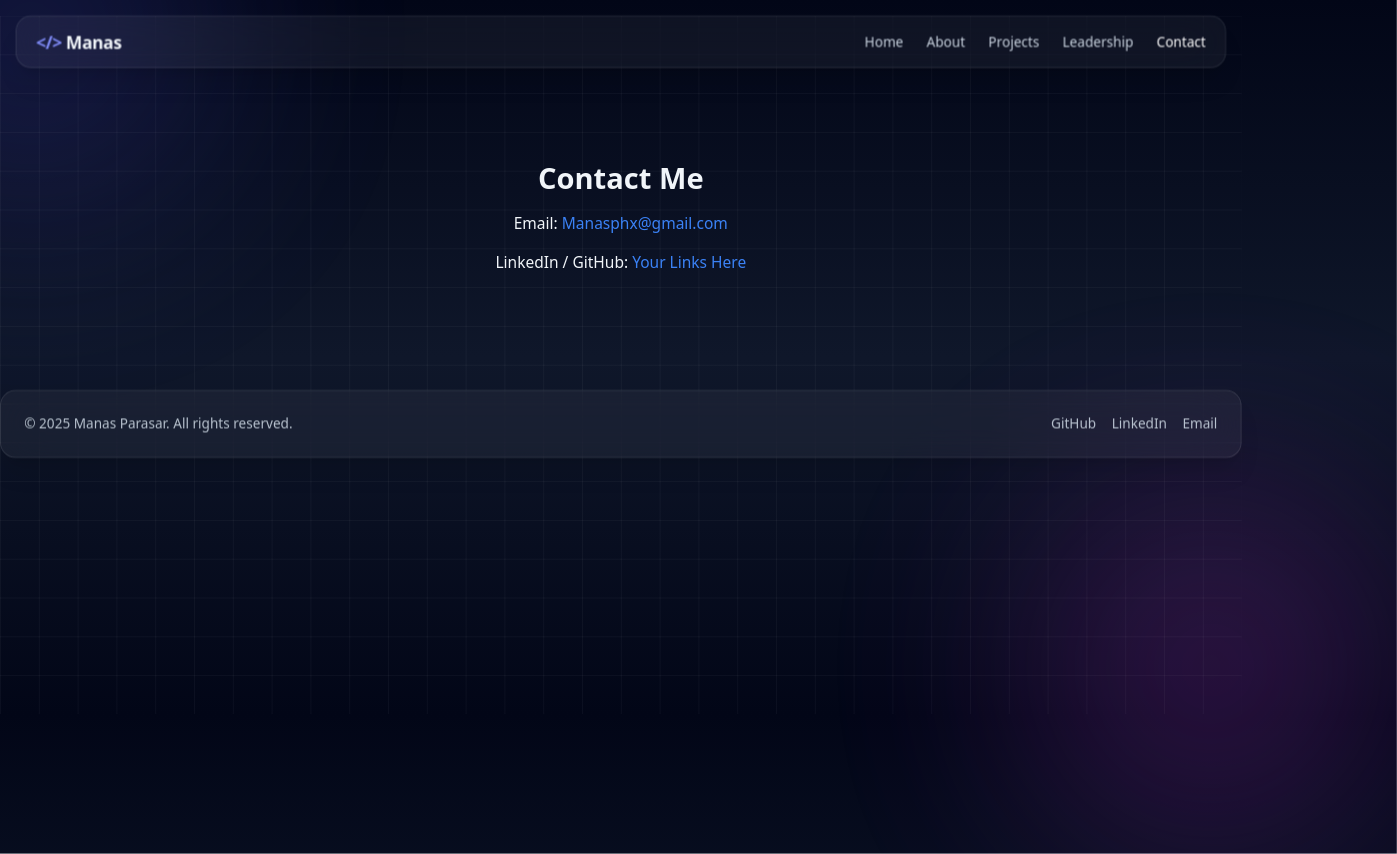
Repository: Manas-Parasar/portfolio-manas-parasar
Page: /contact
These files come from the project's save history. The page is drawn as it stood at one moment and after the next save; the edit follows.
The browser window is 1280 px wide. The page is 1440 px wide, so the pictures cover 1440 px, including what lies to the right of the window. The pictures show the whole page, at 97% of full size.
The project was rebuilt for these pictures with package versions that can differ from the ones it lists, and the page was loaded fresh each time. Also part of the build but not shown: vite.config.js, src/components/Hero.jsx, src/components/Section.jsx, src/components/ProjectCard.jsx, src/pages/Home.jsx, src/pages/About.jsx, src/pages/Projects.jsx, src/components/TimelineItem.jsx and 1 more.

Above is the page before, as saved 2025-08-19 16:53:04.

### index.html
<!DOCTYPE html>
<html lang="en">
  <head>
    <meta charset="UTF-8" />
    <meta name="viewport" content="width=device-width, initial-scale=1.0" />
    <title>Manas Parasar — Portfolio</title>
    <meta
      name="description"
      content="Portfolio of Manas Parasar: projects, leadership, research, and impact."
    />
    <link rel="icon" href="/favicon.svg" />
  </head>
  <body
    class="min-h-screen bg-gradient-to-b from-slate-950 via-slate-900 to-slate-950 text-slate-100"
  >
    <div id="root"></div>
    <script type="module" src="/src/main.jsx"></script>
  </body>
</html>

### src/App.jsx
import { Routes, Route } from "react-router-dom";
import Navbar from "./components/Navbar";
import Footer from "./components/Footer";
import Home from "./pages/Home";
import About from "./pages/About";
import Projects from "./pages/Projects";
import Leadership from "./pages/Leadership";
import Contact from "./pages/Contact";

export default function App() {
  return (
    <div className="min-h-screen bg-grid-sheer bg-grid-sheer bg-[length:40px_40px]">
      <div className="absolute inset-0 -z-10 opacity-70" aria-hidden>
        <div className="absolute -top-40 -left-40 h-96 w-96 rounded-full bg-brand-500 blur-[120px] opacity-30 animate-float" />
        <div className="absolute -bottom-40 -right-40 h-96 w-96 rounded-full bg-fuchsia-500 blur-[120px] opacity-30 animate-float" />
      </div>
      <Navbar />
      <main className="container py-10">
        <Routes>
          <Route path="/" element={<Home />} />
          <Route path="/about" element={<About />} />
          <Route path="/projects" element={<Projects />} />
          <Route path="/leadership" element={<Leadership />} />
          <Route path="/contact" element={<Contact />} />
        </Routes>
      </main>
      <Footer />
    </div>
  );
}

### src/index.css
@tailwind base;
@tailwind components;
@tailwind utilities;

/* Subtle selection & scrollbar tweaks */
::selection {
  background: #6366f1;
  color: white;
}
::-webkit-scrollbar {
  width: 10px;
}
::-webkit-scrollbar-thumb {
  background: rgba(148, 163, 184, 0.4);
  border-radius: 999px;
}

/* Reusable utilities */
@layer utilities {
  .glass {
    @apply bg-white/5 backdrop-blur-xl border border-white/10 shadow-xl;
  }
  .btn {
    @apply inline-flex items-center gap-2 rounded-2xl px-5 py-2 font-medium transition;
  }
  .btn-primary {
    @apply btn bg-brand-600 hover:bg-brand-500 text-white;
  }
  .btn-ghost {
    @apply btn glass hover:bg-white/10;
  }
  .headline {
    @apply text-4xl md:text-5xl font-extrabold tracking-tight;
  }
  .subtle {
    @apply text-slate-300/90;
  }
}

### src/components/Navbar.jsx
import { Link, NavLink } from "react-router-dom";
import { Menu, X } from "lucide-react";
import { useState } from "react";

export default function Navbar() {
  const [open, setOpen] = useState(false);
  const nav = [
    { to: "/", label: "Home" },
    { to: "/about", label: "About" },
    { to: "/projects", label: "Projects" },
    { to: "/leadership", label: "Leadership" },
    { to: "/contact", label: "Contact" },
  ];

  const NavItems = ({ onClick }) => (
    <ul className="flex flex-col md:flex-row gap-4 md:gap-6 text-sm">
      {nav.map((n) => (
        <li key={n.to}>
          <NavLink
            to={n.to}
            onClick={onClick}
            className={({ isActive }) =>
              `transition hover:text-white ${
                isActive ? "text-white" : "text-slate-300"
              }`
            }
          >
            {n.label}
          </NavLink>
        </li>
      ))}
    </ul>
  );

  return (
    <header className="sticky top-0 z-50">
      <div className="container mt-4">
        <div className="glass rounded-2xl px-5 py-3 flex items-center justify-between">
          <Link to="/" className="font-black tracking-tight text-lg">
            <span className="text-brand-400">&lt;/&gt;</span> Manas
          </Link>
          <nav className="hidden md:block">
            <NavItems />
          </nav>
          <button
            className="md:hidden btn-ghost"
            onClick={() => setOpen(!open)}
            aria-label="Toggle Menu"
          >
            {open ? <X size={20} /> : <Menu size={20} />}
          </button>
        </div>
        {open && (
          <div className="md:hidden mt-2 glass rounded-2xl px-5 py-4">
            <NavItems onClick={() => setOpen(false)} />
          </div>
        )}
      </div>
    </header>
  );
}

### src/components/Footer.jsx
export default function Footer() {
  return (
    <footer className="mt-16 pb-10">
      <div className="container glass rounded-2xl p-6 flex flex-col md:flex-row items-center justify-between gap-4">
        <p className="text-sm subtle">
          © {new Date().getFullYear()} Manas Parasar. All rights reserved.
        </p>
        <div className="text-sm subtle flex gap-4">
          <a
            href="https://github.com/"
            target="_blank"
            className="hover:text-white"
          >
            GitHub
          </a>
          <a
            href="https://linkedin.com/"
            target="_blank"
            className="hover:text-white"
          >
            LinkedIn
          </a>
          <a href="mailto:manas@example.com" className="hover:text-white">
            Email
          </a>
        </div>
      </div>
    </footer>
  );
}

### src/pages/Contact.jsx
export default function Contact() {
  return (
    <div className="max-w-3xl mx-auto mt-10 p-4 text-center">
      <h2 className="text-3xl font-bold mb-4">Contact Me</h2>
      <p className="mb-4">
        Email:{" "}
        <a
          href="mailto:Manasphx@gmail.com"
          className="text-blue-500 hover:underline"
        >
          Manasphx@gmail.com
        </a>
      </p>
      <p>
        LinkedIn / GitHub:{" "}
        <a href="#" className="text-blue-500 hover:underline">
          Your Links Here
        </a>
      </p>
    </div>
  );
}

### tailwind.config.js
/** @type {import('tailwindcss').Config} */
export default {
  content: ["./index.html", "./src/**/*.{js,jsx,ts,tsx}"],
  theme: {
    extend: {
      container: { center: true, padding: "1rem" },
      fontFamily: {
        display: ["Inter", "ui-sans-serif", "system-ui"],
      },
      colors: {
        brand: {
          50: "#eef2ff",
          100: "#e0e7ff",
          200: "#c7d2fe",
          300: "#a5b4fc",
          400: "#818cf8",
          500: "#6366f1",
          600: "#4f46e5",
          700: "#4338ca",
          800: "#3730a3",
          900: "#312e81",
        },
      },
      boxShadow: {
        glow: "0 0 0 0 rgba(99,102,241,0.5), 0 0 80px 10px rgba(99,102,241,0.25)",
      },
      backgroundImage: {
        "grid-sheer":
          "linear-gradient(rgba(255,255,255,0.04) 1px, transparent 1px), linear-gradient(90deg, rgba(255,255,255,0.04) 1px, transparent 1px)",
      },
      backgroundSize: {
        "grid-sheer": "40px 40px",
      },
      animation: {
        float: "float 6s ease-in-out infinite",
        shimmer: "shimmer 4s linear infinite",
      },
      keyframes: {
        float: {
          "0%, 100%": { transform: "translateY(0px)" },
          "50%": { transform: "translateY(-10px)" },
        },
        shimmer: {
          "0%": { backgroundPosition: "-200% 0" },
          "100%": { backgroundPosition: "200% 0" },
        },
      },
    },
  },
  plugins: [],
};

Loaded but not shown: src/main.jsx (common file)

After the next save:
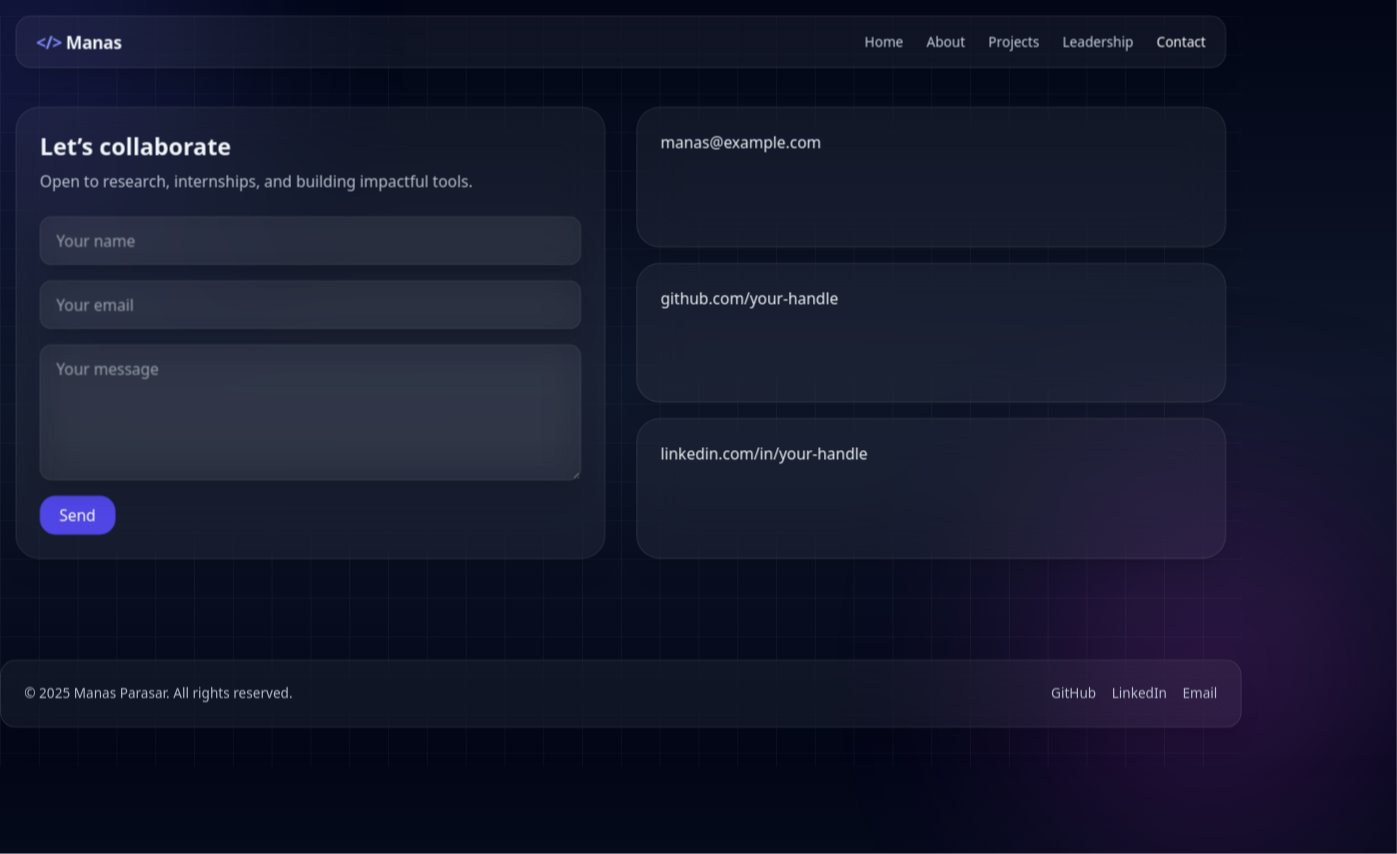
Saved 10 s later.
--- a/src/pages/Contact.jsx
+++ b/src/pages/Contact.jsx
@@ -1,22 +1,50 @@
 export default function Contact() {
   return (
-    <div className="max-w-3xl mx-auto mt-10 p-4 text-center">
-      <h2 className="text-3xl font-bold mb-4">Contact Me</h2>
-      <p className="mb-4">
-        Email:{" "}
+    <div className="grid md:grid-cols-2 gap-8">
+      <div className="glass rounded-3xl p-6">
+        <h2 className="text-2xl font-bold">Let’s collaborate</h2>
+        <p className="subtle mt-2">
+          Open to research, internships, and building impactful tools.
+        </p>
+        <form className="mt-6 grid gap-4" onSubmit={(e) => e.preventDefault()}>
+          <input
+            className="glass rounded-xl px-4 py-3"
+            placeholder="Your name"
+          />
+          <input
+            className="glass rounded-xl px-4 py-3"
+            placeholder="Your email"
+            type="email"
+          />
+          <textarea
+            className="glass rounded-xl px-4 py-3 min-h-[140px]"
+            placeholder="Your message"
+          />
+          <button className="btn-primary w-fit">Send</button>
+        </form>
+      </div>
+      <div className="grid gap-4">
         <a
-          href="mailto:Manasphx@gmail.com"
-          className="text-blue-500 hover:underline"
+          className="glass rounded-3xl p-6 hover:shadow-glow transition"
+          href="mailto:manas@example.com"
         >
-          Manasphx@gmail.com
+          manas@example.com
         </a>
-      </p>
-      <p>
-        LinkedIn / GitHub:{" "}
-        <a href="#" className="text-blue-500 hover:underline">
-          Your Links Here
+        <a
+          className="glass rounded-3xl p-6 hover:shadow-glow transition"
+          href="https://github.com/"
+          target="_blank"
+        >
+          github.com/your-handle
         </a>
-      </p>
+        <a
+          className="glass rounded-3xl p-6 hover:shadow-glow transition"
+          href="https://linkedin.com/in/"
+          target="_blank"
+        >
+          linkedin.com/in/your-handle
+        </a>
+      </div>
     </div>
   );
 }
